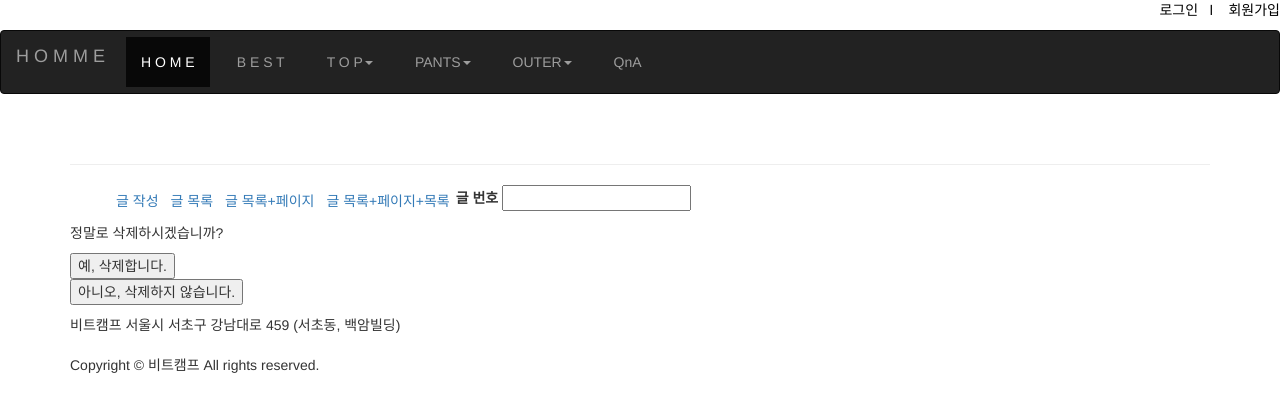
Repository: jsho8894/project03
Page: http://localhost/homme/WEB-INF/views/qna/delete.jsp
These files come from the project's save history. The page is drawn as it stood at one moment and after the next save; the edit follows.
The browser window is 1280 px wide. The pictures show the whole page.
The page is served by Tomcat 9. Nobody is signed in. The template is opened directly, without the code that normally fills it, so the values that code supplies are empty.

Above is the page before, as saved 2020-10-21 02:23:44.

After the next save:
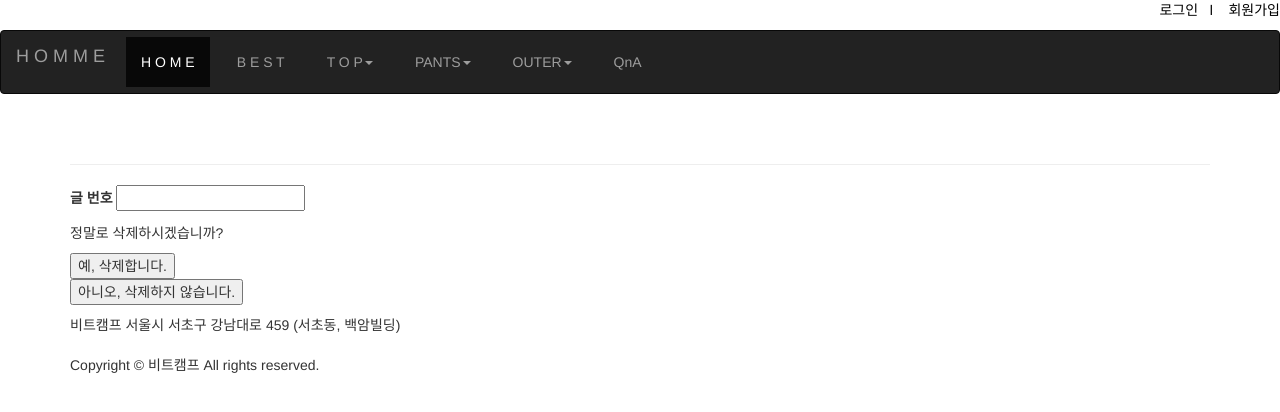
Saved 18 s later.
--- a/boark/homme/src/main/webapp/WEB-INF/views/qna/delete.jsp
+++ b/boark/homme/src/main/webapp/WEB-INF/views/qna/delete.jsp
@@ -16,9 +16,6 @@
 <%@ include file="../template/menu.jspf" %>
 
 <div class="page-header">
-</div>
-<div id="nav">
-	<%@ include file="../include/nav.jsp" %>
 </div>
 <section id="container">
 		<form role="form" method="post" autocomplete="off">
